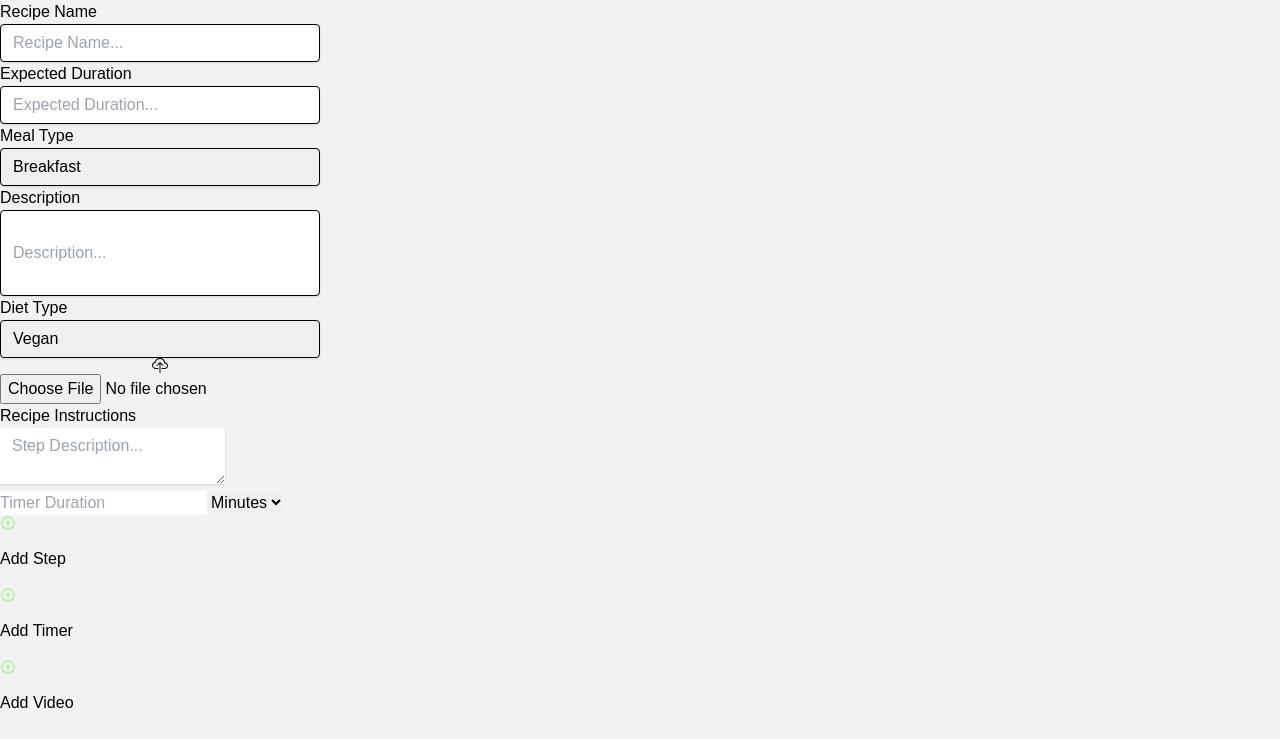
Repository: stvnsok/-capstone-project-3900-w18a-terraluna
Page: /new_recipe (app in frontend/)
These files come from the project's save history. The page is drawn as it stood at one moment and after the next save; the edit follows.
The browser window is 1280 px wide. The pictures show the whole page.
The project was rebuilt for these pictures with package versions that can differ from the ones it lists, and the page was loaded fresh each time. Also part of the build but not shown: frontend/src/services/auth.service.ts, frontend/src/api.ts, frontend/src/services/recipeContributor.service.ts, frontend/src/components/global/Modal.tsx, frontend/src/components/global/TextInput.tsx, frontend/src/components/Auth/helperFunctions.ts, frontend/src/components/Auth/ChangeEmailForm.tsx, frontend/src/components/Auth/ChangePasswordForm.tsx and 10 more.

Above is the page before, as saved 2022-07-19 22:12:24.

After the next save:
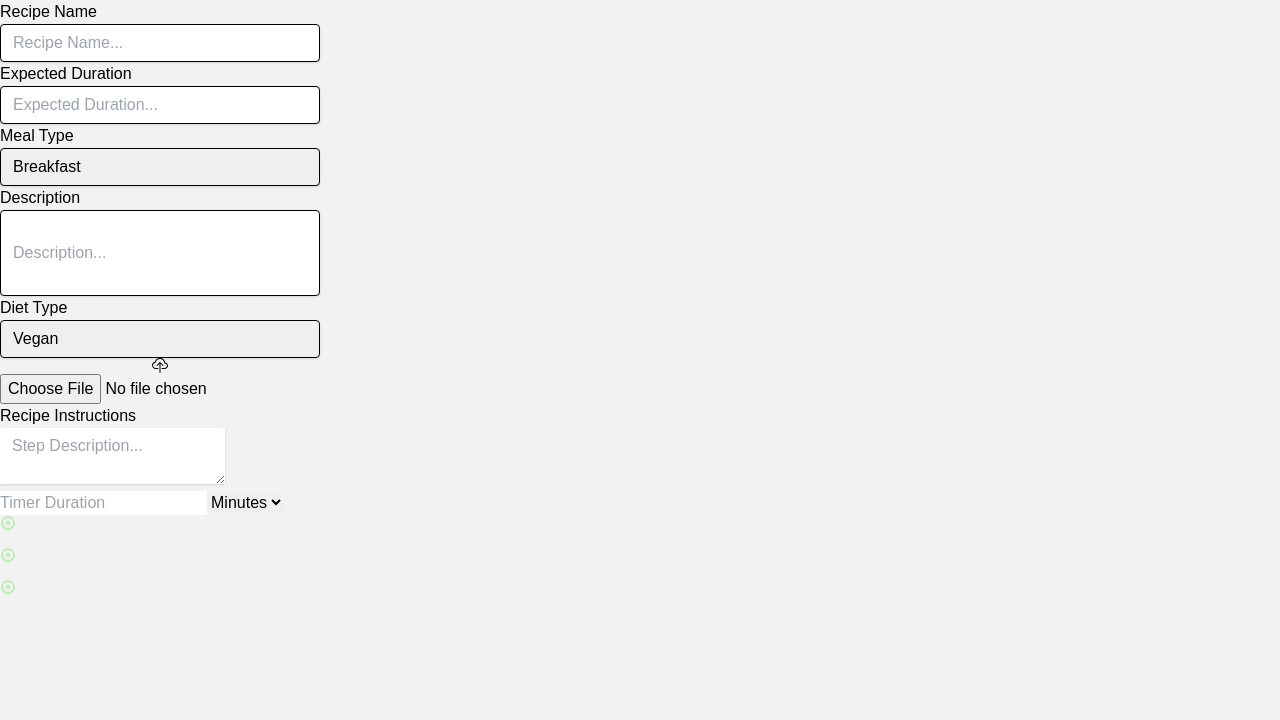
Saved 17 s later.
--- a/frontend/src/components/NewRecipe/CreateRecipeCard.tsx
+++ b/frontend/src/components/NewRecipe/CreateRecipeCard.tsx
@@ -146,7 +146,7 @@ export default function CreateRecipe () {
                         <option value = 'minutes'>Minutes</option>
                         <option value = 'hours'>Hours</option>
                     </select>
-                    <div className = 'grid grid-cols-1 gap-4'>
+                    <div className = 'grid 3 grid-cols-1 gap-4'>
 
                         <HiOutlinePlusCircle
                             onClick = {() => {
@@ -154,21 +154,18 @@ export default function CreateRecipe () {
                             }}
                             color = '#A8F59B'
                         />
-                        Add Step
                         <HiOutlinePlusCircle
                             onClick = {() => {
                                 console.log('Todo:add timer');
                             }}
                             color = '#A8F59B'
                         />
-                        Add Timer
                         <HiOutlinePlusCircle
                             onClick = {() => {
                                 console.log('Todo:add video');
                             }}
                             color = '#A8F59B'
                         />
-                        Add Video
                     </div>
                 </div>
 
